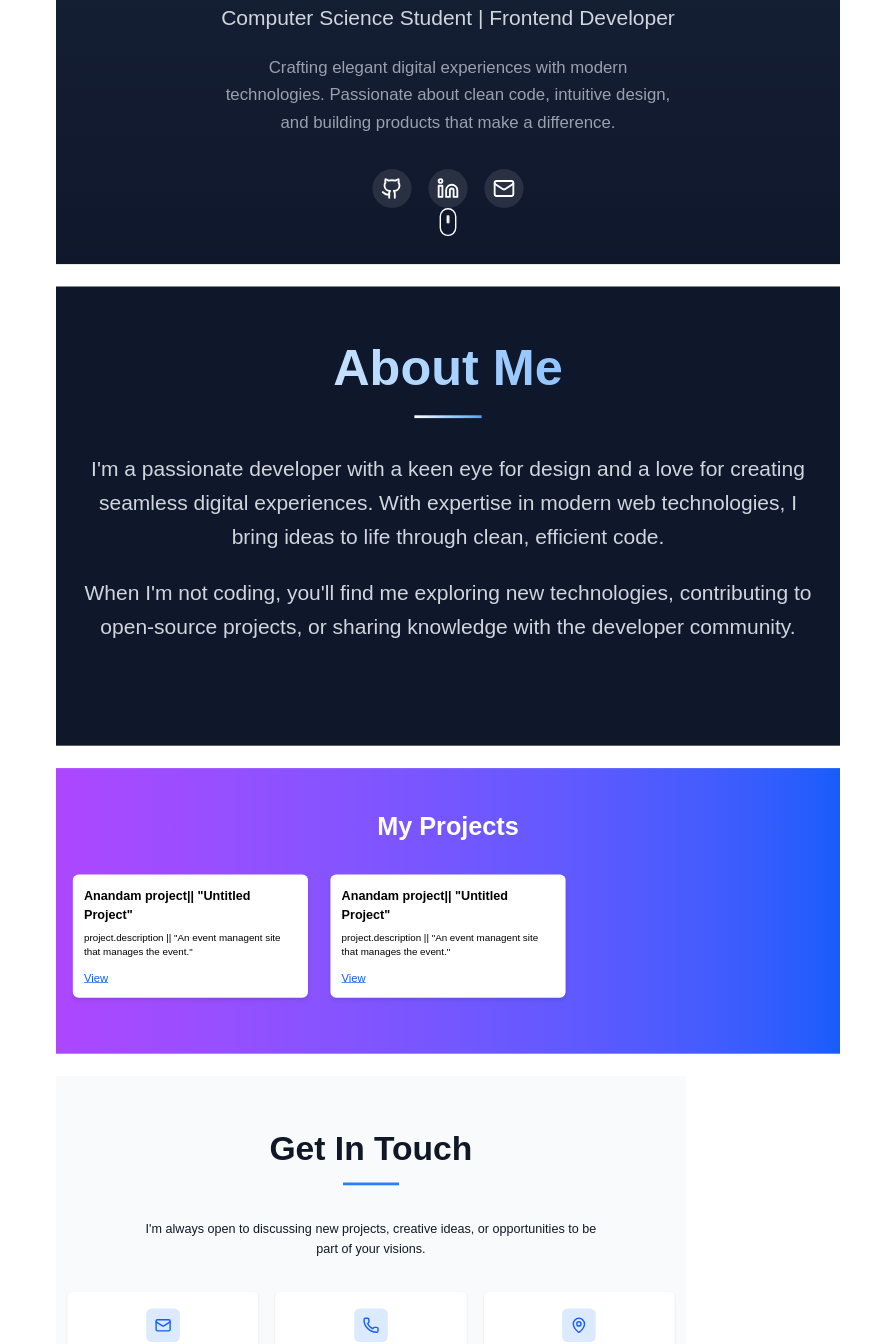
Repository: harshikabodekar/portfolio_awp
Page: /src/components
These files come from the project's save history. The page is drawn as it stood at one moment and after the next save; the edit follows.
The browser window is 1280 px wide. The pictures show the part of the page from y = 635 to 2555 px (the page is 3201 px tall), at 70% of full size.
The project was rebuilt for these pictures with package versions that can differ from the ones it lists, and the page was loaded fresh each time. The framework's server and built-in components were replaced by stand-ins that run in the browser. Also part of the build but not shown: next.config.mjs.

Above is the page before, as saved 2025-10-15 20:28:03.

### src/app/layout.js
import "./globals.css";

export const metadata = {
  title: "AWP Portfolio",
  description: "Personal portfolio",
};

export default function RootLayout({ children }) {
  return (
    <html lang="en">
      <body className="antialiased">
        {children}
      </body>
    </html>
  );
}

### src/app/src/components/page.js
//import Image from "next/image";
import Navbar from "../../components/Navbar";
import React from "react";
import Projects from "../../components/Project";
import About from "../../components/About";
import Contact from "../../components/Contact";
import Hero from "../../components/Hero";
import ProjectCard from "../../components/ProjectCard";

export default function Home() {
  return (
    <div className="font-sans grid grid-rows-[20px_1fr_20px] items-center justify-items-center min-h-screen p-8 pb-20 gap-16 sm:p-20">
      <main className="flex flex-col gap-[32px] row-start-2 items-center sm:items-start">
        <Navbar />
        <Hero />
        <About />
        <Projects />
        <Contact />
        <ProjectCard/>
      </main>
    </div>
  );
}

### src/app/components/Navbar.js
import React from 'react';

const Navbar = () => {
  return (
    <nav className="bg-gray-900 text-white py-4 px-6 fixed w-full top-0 left-0 z-50 shadow-lg">
      <div className="container mx-auto flex justify-between items-center">
        <h1 className="text-4xl font-bold">My Portfolio</h1>
        <ul className="flex space-x-12 text-2xl">
          <li><a href="#home" className="hover:text-blue-400 transition-colors">Home</a></li>
          <li><a href="#about" className="hover:text-blue-400 transition-colors">About</a></li>
          <li><a href="#skills" className="hover:text-blue-400 transition-colors">Skills</a></li>
          <li><a href="#projects" className="hover:text-blue-400 transition-colors">Projects</a></li>
          <li><a href="#contact" className="hover:text-blue-400 transition-colors">Contact</a></li>
        </ul>
      </div>
    </nav>
  );
};

export default Navbar;

### src/app/components/Project.js
import React from 'react';
import ProjectCard from './ProjectCard';
import { projectsData } from '../data/projects';

const Projects = () => {
  return (
    <section id="projects" className="py-20 px-6 bg-gradient-to-r from-purple-500 to-blue-600 text-white pt-16">
      <div className="container mx-auto max-w-6xl">
        <h2 className="text-4xl font-bold text-center text-white mb-12">My Projects</h2>

        <div className="grid md:grid-cols-2 lg:grid-cols-3 gap-8">
          {projectsData.map((project) => (
            <ProjectCard key={project.id} project={project} />
          ))}
        </div>
      </div>
    </section>
  );
};

export default Projects;

### src/app/components/About.js
import React from 'react';

const About = () => {
  return (
    <section id="about" className="py-20 px-6 bg-gradient-to-b from-slate-900 to-slate-900 text-white">
      <div className="container mx-auto px-4">
        <div className="max-w-6xl mx-auto">
          <h2 className="text-4xl sm:text-5xl md:text-6xl lg:text-7xl font-bold mb-8 text-center bg-gradient-to-r from-white to-blue-400 bg-clip-text text-transparent">
            About Me
          </h2>
          <div className="w-24 h-1 bg-gradient-to-r from-white to-blue-400 mx-auto mb-12"></div>

          <div className="mb-16 text-center">
            <p className="text-xl sm:text-2xl md:text-3xl text-gray-300 leading-relaxed mb-8">
              I'm a passionate developer with a keen eye for design and a love for creating
              seamless digital experiences. With expertise in modern web technologies, I bring
              ideas to life through clean, efficient code.
            </p>
            <p className="text-xl sm:text-2xl md:text-3xl text-gray-300 leading-relaxed">
              When I'm not coding, you'll find me exploring new technologies, contributing to
              open-source projects, or sharing knowledge with the developer community.
            </p>

          </div>

          </div>
      </div>
    </section>
  );
};

export default About;

### src/app/components/Contact.js
"use client";
import { Mail, Phone, MapPin, Github, Linkedin, Twitter } from 'lucide-react';

const Contact = () => {
  const contactInfo = [
    { icon: Mail, label: 'Email', value: 'harshikabodekar02@gmail.com', href: 'mailto:your.email@example.com' },
    { icon: Phone, label: 'Phone', value: '+91 1234567891', href: 'tel:+911234567891' },
    { icon: MapPin, label: 'Location', value: 'Pune,India', href: '#' },
  ];

  const socialLinks = [
    { icon: Github, label: 'GitHub', href: 'https://github.com/harshikabodekar' },
    { icon: Linkedin, label: 'LinkedIn', href: 'https://linkedin.com' },
    { icon: Twitter, label: 'Twitter', href: 'https://twitter.com' },
  ];

  return (
    <section id="contact" className="py-20 bg-gray-50 text-gray-900">
      <div className="container mx-auto px-4">
        <div className="max-w-4xl mx-auto">
          <h2 className="text-4xl md:text-5xl font-bold mb-6 text-center">Get In Touch</h2>
          <div className="w-20 h-1 bg-blue-500 mx-auto mb-12"></div>

          <p className="text-center text-lg mb-12 max-w-2xl mx-auto">
            I'm always open to discussing new projects, creative ideas, or opportunities to be part of your visions.
          </p>

          <div className="grid md:grid-cols-3 gap-6 mb-12">
            {contactInfo.map((info, index) => {
              const IconComponent = info.icon;
              return (
                <div key={index} className="bg-white p-6 rounded-lg shadow text-center hover:shadow-lg transition-shadow">
                  <div className="inline-flex p-3 bg-blue-100 rounded-lg mb-4">
                    <IconComponent className="w-6 h-6 text-blue-600" />
                  </div>
                  <h3 className="text-sm font-semibold mb-2 text-gray-700">{info.label}</h3>
                  <a href={info.href} className="text-blue-600 hover:text-blue-800 transition-colors">{info.value}</a>
                </div>
              );
            })}
          </div>

          <div className="text-center">
            <div className="flex justify-center gap-4 mb-8">
              {socialLinks.map((social, i) => {
                const SocialIcon = social.icon;
                return (
                  <a
                    key={i}
                    href={social.href}
                    target="_blank"
                    rel="noreferrer"
                    className="p-3 bg-white rounded-full shadow hover:shadow-lg transition-all hover:bg-blue-600 hover:text-white group"
                    aria-label={social.label}
                  >
                    <SocialIcon className="w-6 h-6 text-blue-600 group-hover:text-white transition-colors" />
                  </a>
                );
              })}
            </div>

            <div className="text-center">
              <a href="mailto:your.email@example.com" className="inline-flex items-center gap-2 px-6 py-3 bg-blue-600 text-white rounded-lg hover:bg-blue-700 transition-colors">
                <Mail className="w-5 h-5" />
                Send Me an Email
              </a>
            </div>
          </div>
        </div>
      </div>
    </section>
  );
};

export default Contact;

### src/app/components/Hero.js
"use client";
import React from 'react';
import { Github, Linkedin, Mail } from 'lucide-react';

const Hero = () => {
  return (
    <section id="home" className="relative w-full min-h-screen flex items-center justify-center bg-gradient-to-b from-slate-800 to-slate-900 text-white pt-20">
      <div className="w-full px-4 sm:px-6 lg:px-8 py-12 sm:py-16 md:py-20 relative z-10">
        <div className="max-w-6xl mx-auto text-center">
          <div className="mb-6 sm:mb-8 flex justify-center">
            <div className="w-32 h-32 sm:w-40 sm:h-40 md:w-48 md:h-48 rounded-full bg-gray-300 dark:bg-gray-600 border-4 border-white flex items-center justify-center text-xl sm:text-2xl font-bold text-gray-800">HB</div>
          </div>



          <h1 className="text-4xl sm:text-4xl md:text-5xl lg:text-6xl xl:text-7xl font-bold mb-4 sm:mb-6 bg-gradient-to-r from-white to-blue-400 bg-clip-text text-transparent px-4">
            Harshika Bodekar
          </h1>

          <p className="text-base sm:text-lg md:text-xl lg:text-3xl text-gray-300 mb-6 sm:mb-8 font-light px-4">
            Computer Science Student | Frontend Developer
          </p>

          <p className="text-sm sm:text-base md:text-2xl text-gray-400 mb-8 sm:mb-12 max-w-2xl mx-auto leading-relaxed px-4">
            Crafting elegant digital experiences with modern technologies.
            Passionate about clean code, intuitive design, and building products that make a difference.
          </p>

          {/* <div className="flex flex-col sm:flex-row flex-wrap gap-4 justify-center mb-8 sm:mb-12 px-4">
            <button onClick={() => {}} className="px-6 py-3 bg-white text-slate-900 rounded-full font-medium hover:bg-gray-100 transition-colors w-full sm:w-auto">View My Work</button>
            <button onClick={() => {}} className="px-6 py-3 border-2 border-white text-white rounded-full hover:bg-white hover:text-slate-900 transition-colors w-full sm:w-auto">Get In Touch</button>
          </div> */}

          <div className="flex flex-wrap gap-4 sm:gap-6 justify-center px-4">
            <a
              href="https://github.com/harshikabodekar"
              target="_blank"
              rel="noopener noreferrer"
              className="p-3 bg-white/10 rounded-full hover:bg-white/20 transition-all group"
              aria-label="GitHub"
            >
              <Github className="w-6 h-6 sm:w-8 sm:h-8 text-white group-hover:text-blue-400 transition-colors" />
            </a>
            <a
              href="https://linkedin.com/in/harshikabodekar"
              target="_blank"
              rel="noopener noreferrer"
              className="p-3 bg-white/10 rounded-full hover:bg-white/20 transition-all group"
              aria-label="LinkedIn"
            >
              <Linkedin className="w-6 h-6 sm:w-8 sm:h-8 text-white group-hover:text-blue-400 transition-colors" />
            </a>
            <a
              href="mailto:harshikabodekar02@gmail.com"
              className="p-3 bg-white/10 rounded-full hover:bg-white/20 transition-all group"
              aria-label="Email"
            >
              <Mail className="w-6 h-6 sm:w-8 sm:h-8 text-white group-hover:text-blue-400 transition-colors" />
            </a>
          </div>
        </div>
      </div>

      <div className="hidden sm:block absolute bottom-10 left-1/2 -translate-x-1/2">
        <div className="w-6 h-10 border-2 border-white rounded-full flex justify-center">
          <div className="w-1 h-3 bg-white rounded-full mt-2 animate-pulse"></div>
        </div>
      </div>
    </section>
  );
};

export default Hero;

### src/app/components/ProjectCard.js
import React from 'react';

export default function ProjectCard({ project = {} }) {
  return (
    <article className="bg-white text-black rounded-lg p-4 shadow-md">
      <h3 className="font-semibold text-lg mb-2">Anandam project|| "Untitled Project"</h3>
      <p className="text-sm mb-4">project.description || "An event managent site that manages the event."</p>
      {project.link && (
        <a
          className="text-blue-600 underline"
          href={project.link}
          target="_blank"
          rel="noreferrer"
        >
          View
        </a>
      )}
    </article>
  );
}

### src/app/data/projects.js
export const projectsData = [
  {
    id: '1',
    title: 'Sample Project One',
    description: 'A short description of project one.',
    link: 'https://example.com',
  },
  {
    id: '2',
    title: 'Sample Project Two',
    description: 'A short description of project two.',
    link: 'https://example.com',
  },
];

Loaded but not shown: src/app/globals.css (common file)

After the next save:
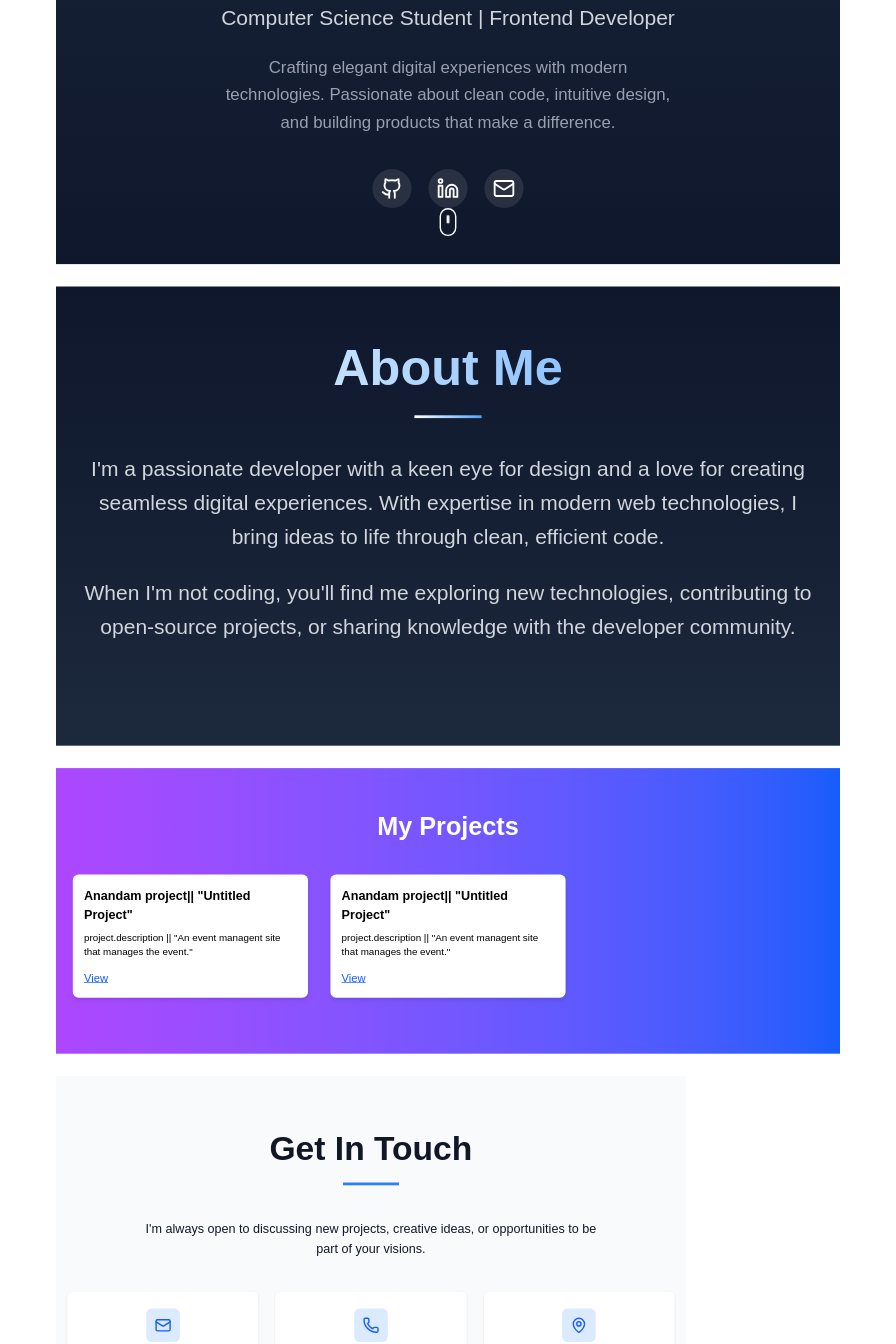
Saved 5 s later.
--- a/src/app/components/About.js
+++ b/src/app/components/About.js
@@ -2,7 +2,7 @@ import React from 'react';
 
 const About = () => {
   return (
-    <section id="about" className="py-20 px-6 bg-gradient-to-b from-slate-900 to-slate-900 text-white">
+    <section id="about" className="py-20 px-6 bg-gradient-to-b from-slate-900 to-slate-800 text-white">
       <div className="container mx-auto px-4">
         <div className="max-w-6xl mx-auto">
           <h2 className="text-4xl sm:text-5xl md:text-6xl lg:text-7xl font-bold mb-8 text-center bg-gradient-to-r from-white to-blue-400 bg-clip-text text-transparent">
